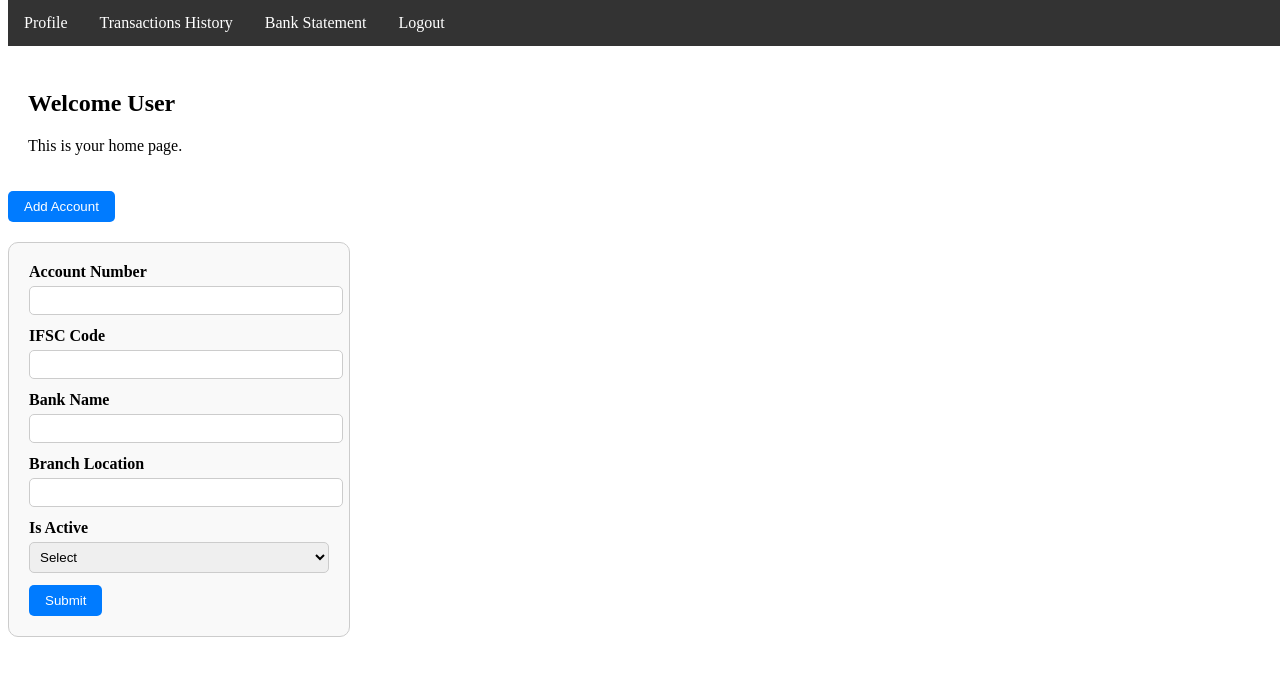
Repository: Yernaidu-laveti/paymentapp
Page: http://localhost/springpaymentapp/WEB-INF/views/index.jsp
The author's editor kept a copy of each file at every save. The page is drawn from the files as they stood at one save, then again after the next save.
The browser window is 1280 px wide. The pictures show the whole page.
After loading, the first visible `button` was clicked once.
The page is served by Tomcat 10. Nobody is signed in. The template is opened directly, without the code that normally fills it, so the values that code supplies are empty.

Above is the page before, as saved 2025-04-08 15:48:21.

After the next save:
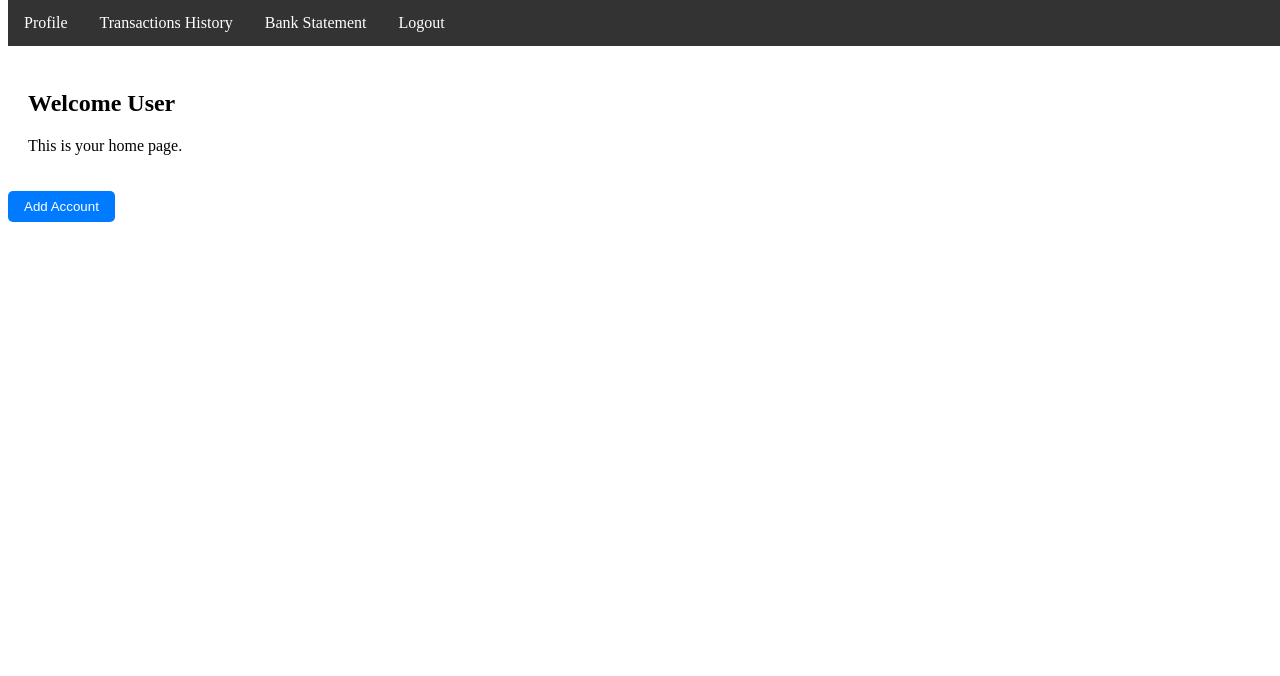
Console error: ReferenceError: showForm is not defined
Saved 2 min 11 s later.
--- a/springpaymentapp/src/main/webapp/WEB-INF/views/index.jsp
+++ b/springpaymentapp/src/main/webapp/WEB-INF/views/index.jsp
@@ -86,7 +86,7 @@
 <button onclick="showForm()">Add Account</button>
 
   <div id="accountForm" class="form-container">
-    <form onsubmit="submitForm(event)">
+    <form>
       <div class="form-group">
         <label for="accountNumber">Account Number</label>
         <input type="text" id="accountNumber" name="accountNumber" required>
@@ -120,24 +120,6 @@
     </form>
   </div>
 
-  <script>
-    function showForm() {
-      document.getElementById('accountForm').style.display = 'block';
-    }
 
-    function submitForm(event) {
-      event.preventDefault();
-      const data = {
-        accountNumber: document.getElementById('accountNumber').value,
-        ifsc: document.getElementById('ifsc').value,
-        bankName: document.getElementById('bankName').value,
-        branch: document.getElementById('branch').value,
-        isActive: document.getElementById('isActive').value,
-      };
-      console.log("Form submitted:", data);
-      alert("Account added successfully!");
-      // You can send 'data' to your backend here using fetch/ajax
-    }
-  </script>
 </body>
 </html>
